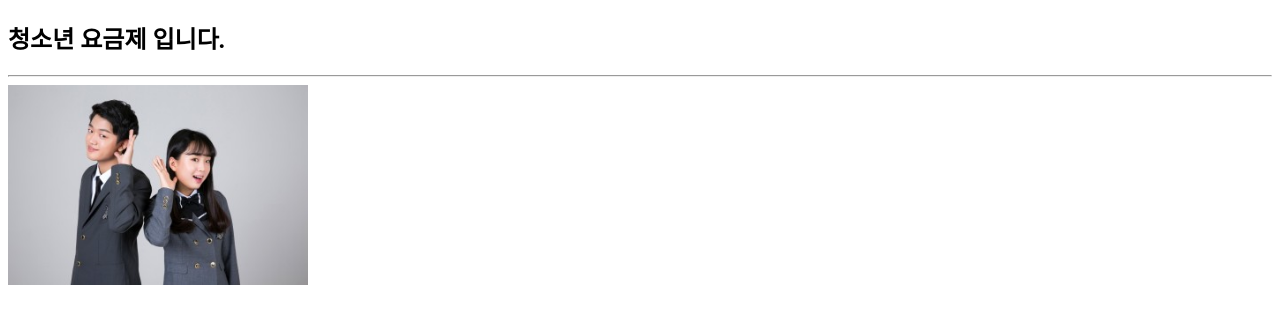
Repository: lee-ruru/jsp_practice
Page: http://localhost/JSPBasic/JspObject/4.objecttest/bus_junior.jsp
The author's editor kept a copy of each file at every save. The page is drawn from the files as they stood at one save, then again after the next save.
The browser window is 1280 px wide. The pictures show the whole page.
The page is served by Tomcat 9.

Above is the page before, as saved 2022-02-07 06:17:46.

### JSPBasic/src/main/webapp/JspObject/4.objecttest/bus_junior.jsp
<%@ page language="java" contentType="text/html; charset=UTF-8"
    pageEncoding="UTF-8"%>
<!DOCTYPE html>
<html>
<head>
<meta charset="UTF-8">
<title>Insert title here</title>
</head>
<body>
	<h2>청소년 요금제 입니다.</h2>
	<hr/>
	<a href="bus_form.jsp"></a>
	<img src="junior.jpg" width="300px" height="200px">
</body>
</html>

After the next save:
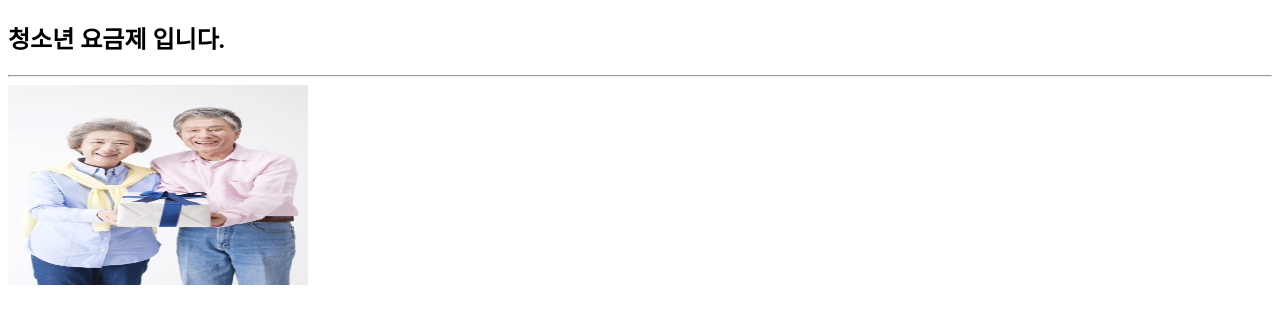
Saved 74 s later.
--- a/JSPBasic/src/main/webapp/JspObject/4.objecttest/bus_junior.jsp
+++ b/JSPBasic/src/main/webapp/JspObject/4.objecttest/bus_junior.jsp
@@ -10,6 +10,6 @@
 	<h2>청소년 요금제 입니다.</h2>
 	<hr/>
 	<a href="bus_form.jsp"></a>
-	<img src="junior.jpg" width="300px" height="200px">
+	<img src="senior.jpg" width="300px" height="200px">
 </body>
 </html>
